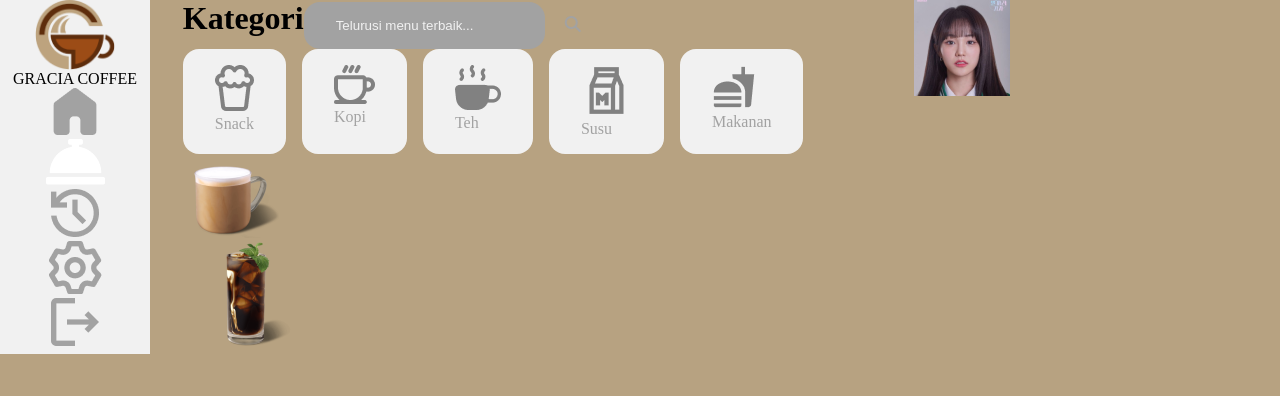
Repository: DanielChuaaa/sbd2
Page: index.html
The author's editor kept a copy of each file at every save. The page is drawn from the files as they stood at one save, then again after the next save.
The browser window is 1280 px wide. The pictures show the whole page.
Some web libraries are served in a nearby version.

Above is the page before, as saved 2023-10-20 11:04:49.

### index.html
<!DOCTYPE html>
<html lang="en">
<head>
    <meta charset="UTF-8">
    <meta name="viewport" content="width=device-width, initial-scale=1.0">
    <title>Document</title>
    <link href="https://fonts.googleapis.com/css2?family=Roboto+Mono:wght@400;600;700&display=swap" rel="stylesheet" />
    <link
      rel="stylesheet"
      href="https://cdnjs.cloudflare.com/ajax/libs/font-awesome/6.1.2/css/all.min.css"
      integrity="sha512-1sCRPdkRXhBV2PBLUdRb4tMg1w2YPf37qatUFeS7zlBy7jJI8Lf4VHwWfZZfpXtYSLy85pkm9GaYVYMfw5BC1A=="
      crossorigin="anonymous"
      referrerpolicy="no-referrer"
    />
    <link rel="stylesheet" href="style.css">
</head>
<body>
    <div class="container">
        <div class="grid-wrapper">
            <div class="icon">
                <img src="/assets/logo projek SBD 1.png" width="80px" height="70px" alt="logo">
                <p>GRACIA COFFEE</p>
                <a href="#"><img src="./assets/home.png" alt="home"></a>
                <a href="#"><img src="./assets/menu.png" alt="menu"></a>
                <a href="#"><img src="./assets/history.png" alt="history"></a>
                <a href="#"><img src="./assets/setting.png" alt="setting"></a>

                <a href="#"><img src="./assets/logout.png" alt="logout"></a>
            </div>

            <div class="content">
                <div class="nav">
                    <h1>Kategori</h1>
                    <div class="inputWrapper">
                        <input type="text" name="text" id="text" class="input" placeholder="Telurusi menu terbaik...">
                        <i class="fa-solid fa-magnifying-glass"></i>
                    </div>
                </div>

                <div class="menu">
                    <div class="iconMenu"><a href="#"><img src="./assets/popcorn.png" alt="popcorn"></a>
                        <p>Snack</p>
                    </div>
                    <div class="iconMenu"><a href="#"><img src="./assets/kopi.png" alt="kopi"></a>
                        <p>Kopi</p>
                    </div>
                    <div class="iconMenu"><a href="#"><img src="./assets/teh.png" alt="teh"></a>
                        <p>Teh</p>
                    </div>
                    <div class="iconMenu"><a href="#"><img src="./assets/susu.png" alt="susu"></a>
                        <p>Susu</p>
                    </div>
                    <div class="iconMenu"><a href="#"><img src="./assets/makanan.png" alt="makanan"></a>
                        <p>Makanan</p>
                    </div>
                </div>

                <div class="orderMenu">
                    <div class="menu1">
                        <img src="./assets/Vanilla Latte_LongShadow_Cream_1 1.png" alt="">
                    </div>
                    <div class="menu2"><img src="./assets/10032021_Vietnamese_LS-min 1.png" alt=""></div>
                </div>
            </div>

            <div class="order">
                <img src="/assets/g_8___8_idola_cantik_berbakat_alumni_sm_entertainment_yang_sudah_debut_di_girlgroup_agensi_lain_p_eks_sm_trainee-20220408-001-non_fotografer_kly 1.png" alt="">
            </div>
        </div>
    </div>
</body>
</html>

### style.css
:root{
    --clr-primary-100: #B7A281;

    --clr-neutral-100: #818181;
    --clr-neutral-200: #A2A2A2;
    --clr-neutral-300: #D9D9D9;
    --clr-neutral-400: #F8F8F8;
    --clr-neutral-500:  #f1f1f1;

    --ff: "Roboto Mono", monospace;

    --fw-regular: 400;
    --fw-semi-bold: 600;
    --fw-bold: 700;
}

*{
    box-sizing: border-box;
    margin: 0;
    padding: 0;
}

body{
    background-color: #B7A281;
}

.grid-wrapper{
    display: grid;
    grid-template-columns: 0.5fr 2fr 1fr;
}

.icon{
    background: var(--clr-neutral-500);

    display: flex;
    flex-direction: column;

    align-items: center;
    max-width: 150px;
}

.fa-solid{
    color: var(--clr-neutral-200);
    padding: 1rem;
}


/* content */

.nav{
    display: flex;

}

.input{
    background: var(--clr-neutral-200);

    border: none;
    padding: 1rem 2rem;
    border-radius: 1rem;

}

::placeholder{
    color: var(--clr-neutral-500);
}

.menu{
    display: flex;
    gap: 1rem;
}

.iconMenu{
    background: var(--clr-neutral-500);

    padding: 1rem 2rem;
    border-radius: 1rem;
}

.iconMenu p{
    color: var(--clr-neutral-200);
}

After the next save:
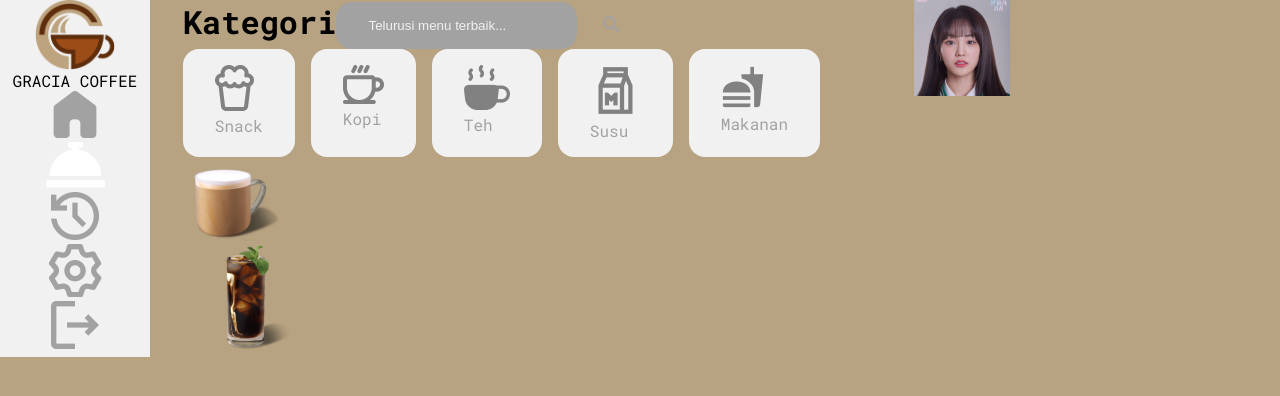
Saved 2 min 55 s later.
--- a/style.css
+++ b/style.css
@@ -21,6 +21,7 @@
 }
 
 body{
+    font-family: var(--ff);
     background-color: #B7A281;
 }
 
